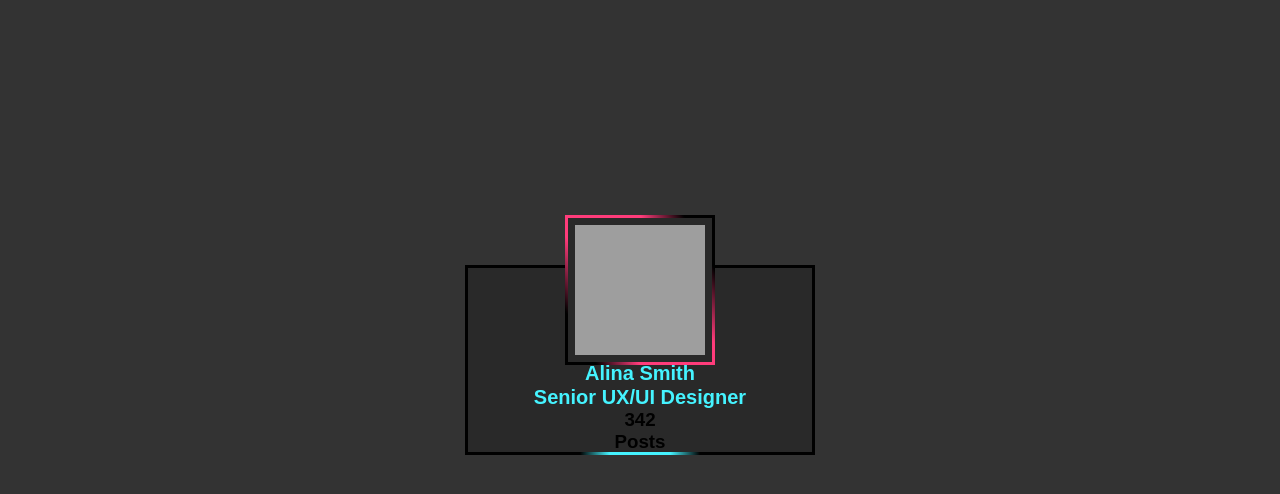
Repository: SeungYn/Javascript-study-toy
Page: profile-card/index.html
These files come from the project's save history. The page is drawn as it stood at one moment and after the next save; the edit follows.
The browser window is 1280 px wide. The pictures show the whole page.
Pictures or frames that could not be fetched are drawn as grey boxes.

Above is the page before, as saved 2023-01-12 15:55:44.

After the next save:
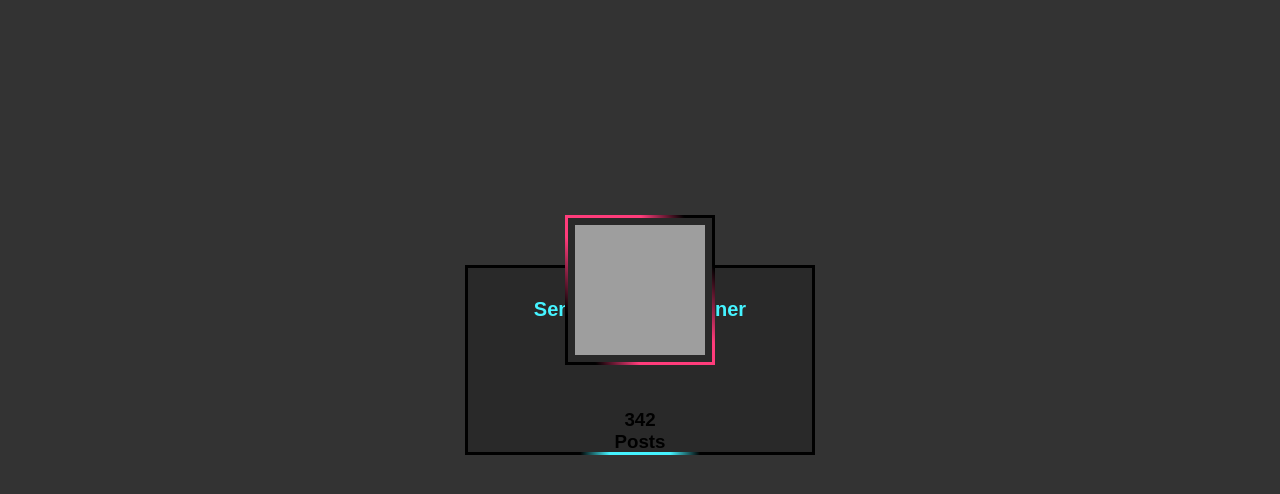
Saved 6 s later.
--- a/profile-card/style.css
+++ b/profile-card/style.css
@@ -156,5 +156,5 @@
   font-size: 1.25em;
   font-weight: 600;
   color: #45f3ff;
-  line-height: 1.2em;
+  line-height: 10em;
 }

After the save that followed:
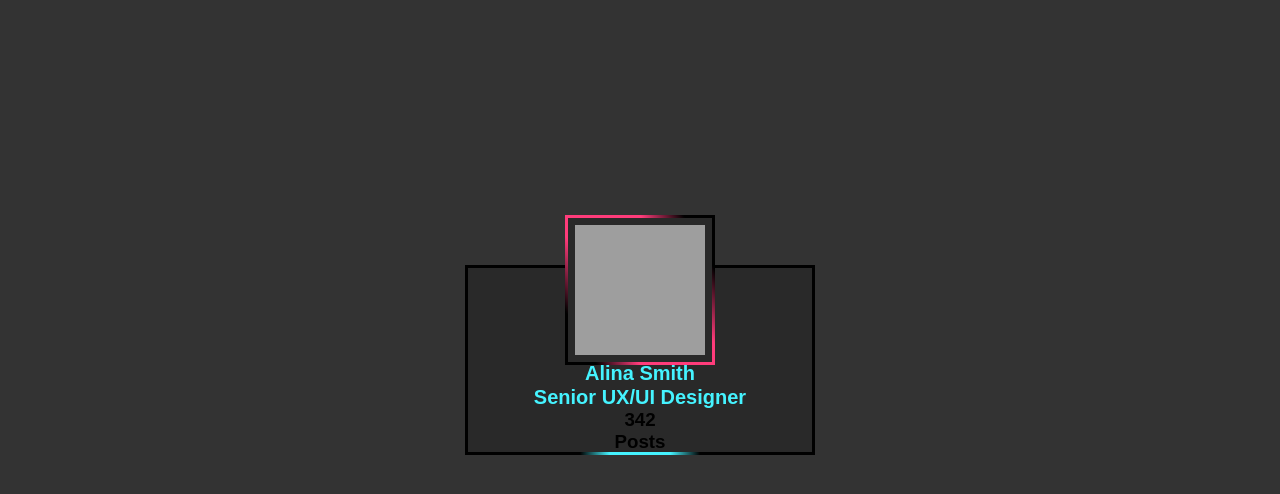
Saved 9 s later.
--- a/profile-card/style.css
+++ b/profile-card/style.css
@@ -156,5 +156,5 @@
   font-size: 1.25em;
   font-weight: 600;
   color: #45f3ff;
-  line-height: 10em;
+  line-height: 1.2em;
 }
